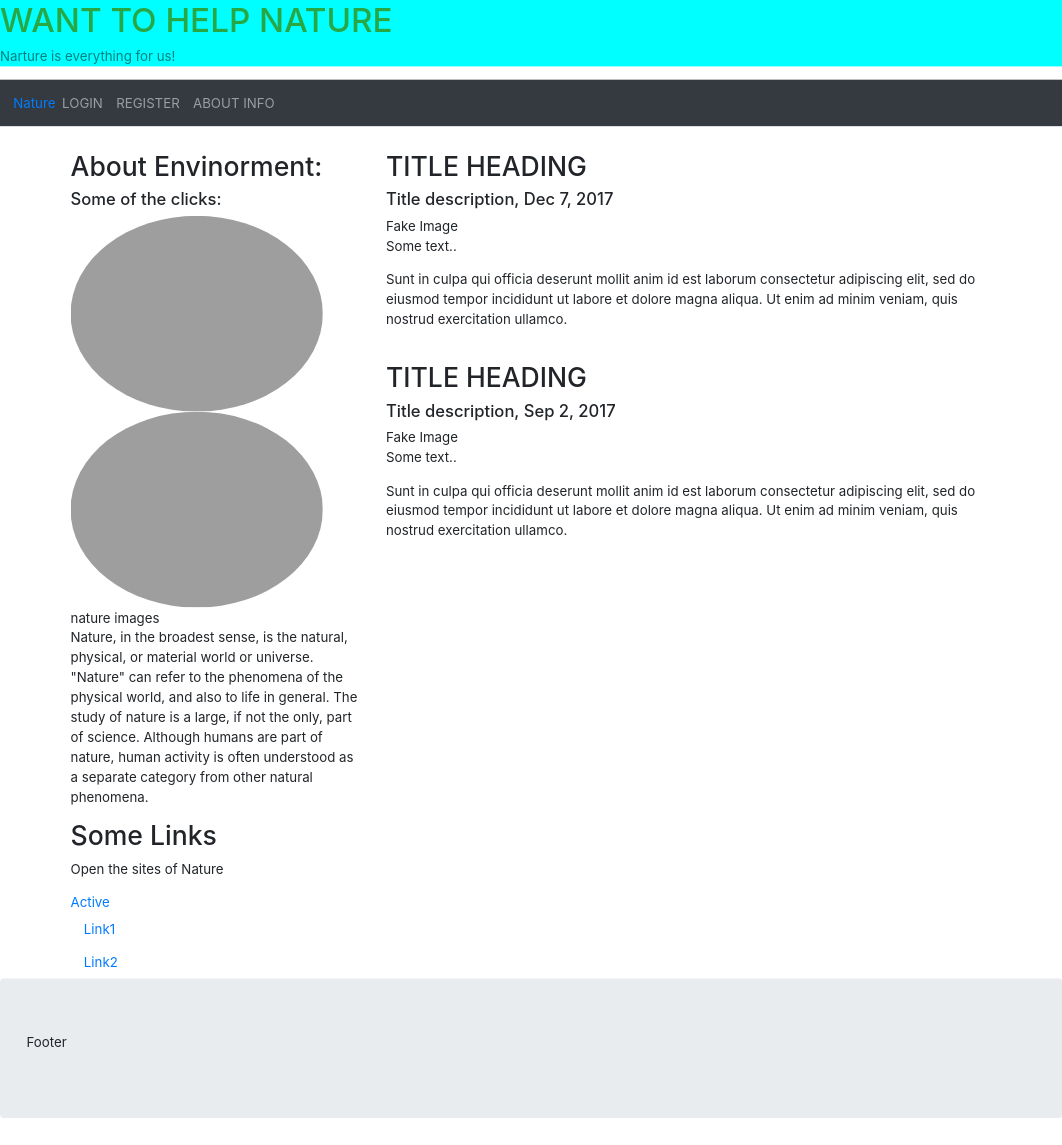
Repository: Apoorvasuswaram/cts
Page: appu/WebContent/main.html
An editor plug-in stored every save of this project. The page is shown before and after the next save, followed by the edit.
The browser window is 1280 px wide. The pictures show the whole page, at 83% of full size.
Pictures or frames that could not be fetched are drawn as grey boxes.

Above is the page before, as saved 2020-01-18 12:10:02.

After the next save:
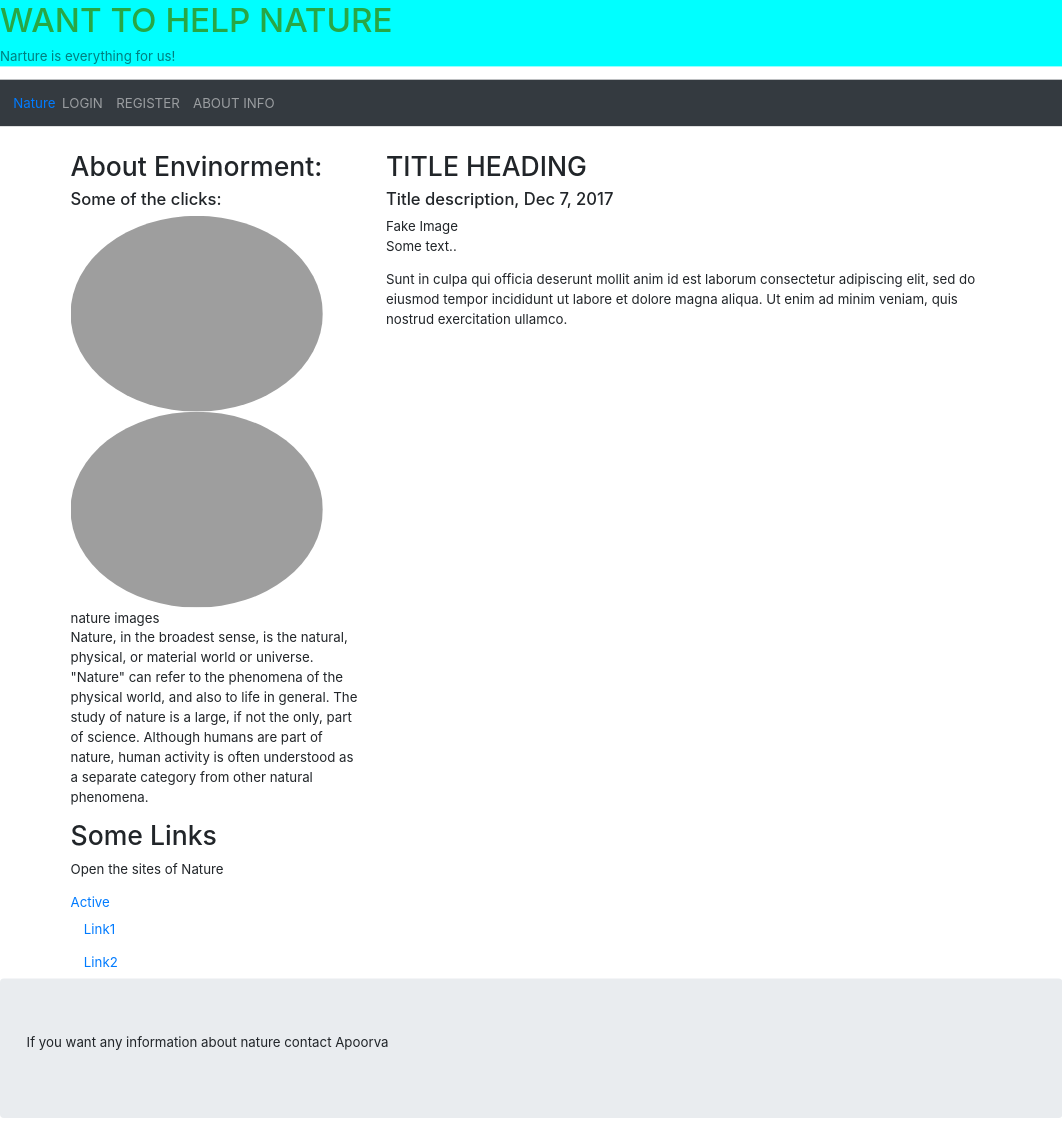
Saved 2 min 45 s later.
--- a/appu/WebContent/main.html
+++ b/appu/WebContent/main.html
@@ -76,17 +76,12 @@
       <p>Some text..</p>
       <p>Sunt in culpa qui officia deserunt mollit anim id est laborum consectetur adipiscing elit, sed do eiusmod tempor incididunt ut labore et dolore magna aliqua. Ut enim ad minim veniam, quis nostrud exercitation ullamco.</p>
       <br>
-      <h2>TITLE HEADING</h2>
-      <h5>Title description, Sep 2, 2017</h5>
-      <div class="fakeimg">Fake Image</div>
-      <p>Some text..</p>
-      <p>Sunt in culpa qui officia deserunt mollit anim id est laborum consectetur adipiscing elit, sed do eiusmod tempor incididunt ut labore et dolore magna aliqua. Ut enim ad minim veniam, quis nostrud exercitation ullamco.</p>
     </div>
   </div>
 </div>
 
-<div class="jumbotron" style="margin-top:10">
-  <p>Footer</p>
+<div class="jumbotron" style="margin-top:10" >
+  <p>If you want any information about nature contact Apoorva</p>
 </div>
 
 </body>
